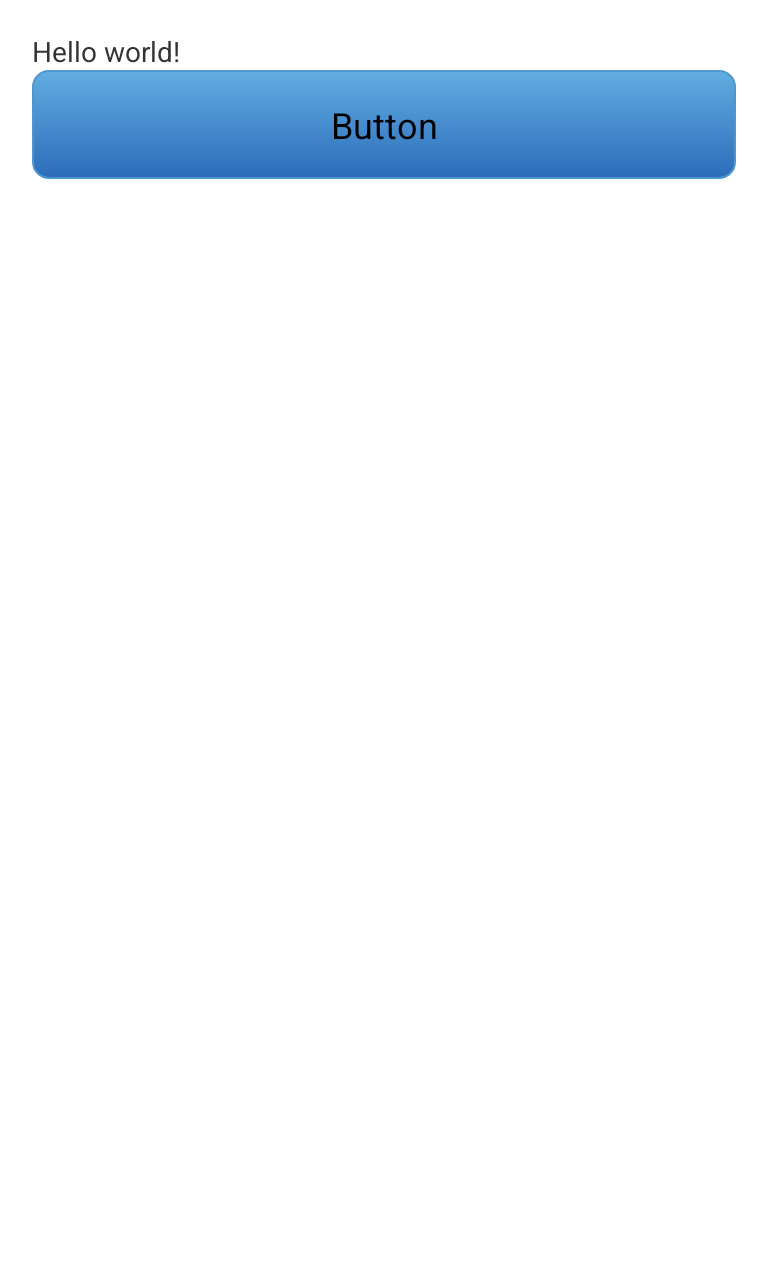
Repository: gperedo/AllAndroid
Layout: UltimateEmailIDEngine/res/layout/my_main.xml
These files come from the project's save history. The layout is drawn as it stood at one moment and after the next save; the edit follows.
It is drawn on a 768 x 1280 px phone screen (xhdpi) without system bars, with theme AppTheme; the app's code is not run.

Above is the layout before, as saved 2014-01-17 07:11:23.

### UltimateEmailIDEngine/res/layout/my_main.xml
<RelativeLayout xmlns:android="http://schemas.android.com/apk/res/android"
    xmlns:tools="http://schemas.android.com/tools"
    android:layout_width="match_parent"
    android:layout_height="match_parent"
    android:paddingBottom="@dimen/activity_vertical_margin"
    android:paddingLeft="@dimen/activity_horizontal_margin"
    android:paddingRight="@dimen/activity_horizontal_margin"
    android:paddingTop="@dimen/activity_vertical_margin"
    tools:context=".MyMain" >

    <TextView
        android:id="@+id/textView1"
        android:layout_width="wrap_content"
        android:layout_height="wrap_content"
        android:text="@string/hello_world" />

    <Button
        android:id="@+id/pass_btn"
        android:layout_width="wrap_content"
        android:layout_height="wrap_content"
        android:layout_alignLeft="@+id/textView1"
        android:layout_alignParentRight="true"
        android:layout_below="@+id/textView1"
        android:background="@drawable/custom_button_selector"
        android:text="Button" />

</RelativeLayout>

### UltimateEmailIDEngine/res/values/strings.xml
<?xml version="1.0" encoding="utf-8"?>
<resources>

    <string name="app_name">Ultimate Email ID Engine</string>
    <string name="action_settings">Settings</string>
    <string name="hello_world">Hello world!</string>

</resources>

### UltimateEmailIDEngine/res/drawable/custom_button_selector.xml
<?xml version="1.0" encoding="utf-8"?>
<selector xmlns:android="http://schemas.android.com/apk/res/android">
<item
    android:state_enabled="false"
    android:drawable="@drawable/custom_button_selected" />
<item
    android:state_pressed="true"
    android:state_enabled="true"
    android:drawable="@drawable/custom_button_selected" />
<item
    android:state_focused="true"
    android:state_enabled="true"
    android:drawable="@drawable/custom_button_selected" />
<item
    android:state_enabled="true"
    android:drawable="@drawable/custom_button_normal" />
</selector>

### UltimateEmailIDEngine/res/drawable/custom_button_selected.xml
<?xml version="1.0" encoding="utf-8"?>
<shape xmlns:android="http://schemas.android.com/apk/res/android"
    android:shape="rectangle">
    <padding
        android:left="7dp"
        android:top="15dp"
        android:right="7dp"
        android:bottom="15dp" />
    <gradient
        android:startColor="#10429c"
        android:endColor="#3c7fc6"
        android:type="linear"
        android:angle="90"/>
    <stroke
        android:width="1dip"
        android:color="#4e97ce" />
    <corners android:radius="8dp" />
</shape>

### UltimateEmailIDEngine/res/drawable/custom_button_normal.xml
<?xml version="1.0" encoding="utf-8"?>
<shape xmlns:android="http://schemas.android.com/apk/res/android"
    android:shape="rectangle">
    <padding
        android:left="7dp"
        android:top="15dp"
        android:right="7dp"
        android:bottom="15dp" />
    <gradient
        android:startColor="#2c6cba"
        android:endColor="#61ade2"
        android:type="linear"
        android:angle="90"/>
    <stroke
        android:width="1dip"
        android:color="#4e97ce" />
    <corners android:radius="8dp" />
</shape>

Loaded but not shown: UltimateEmailIDEngine/res/values/styles.xml (common file); UltimateEmailIDEngine/res/values-v11/styles.xml (common file); UltimateEmailIDEngine/res/values-v14/styles.xml (common file); UltimateEmailIDEngine/res/values/dimens.xml (common file)

After the next save:
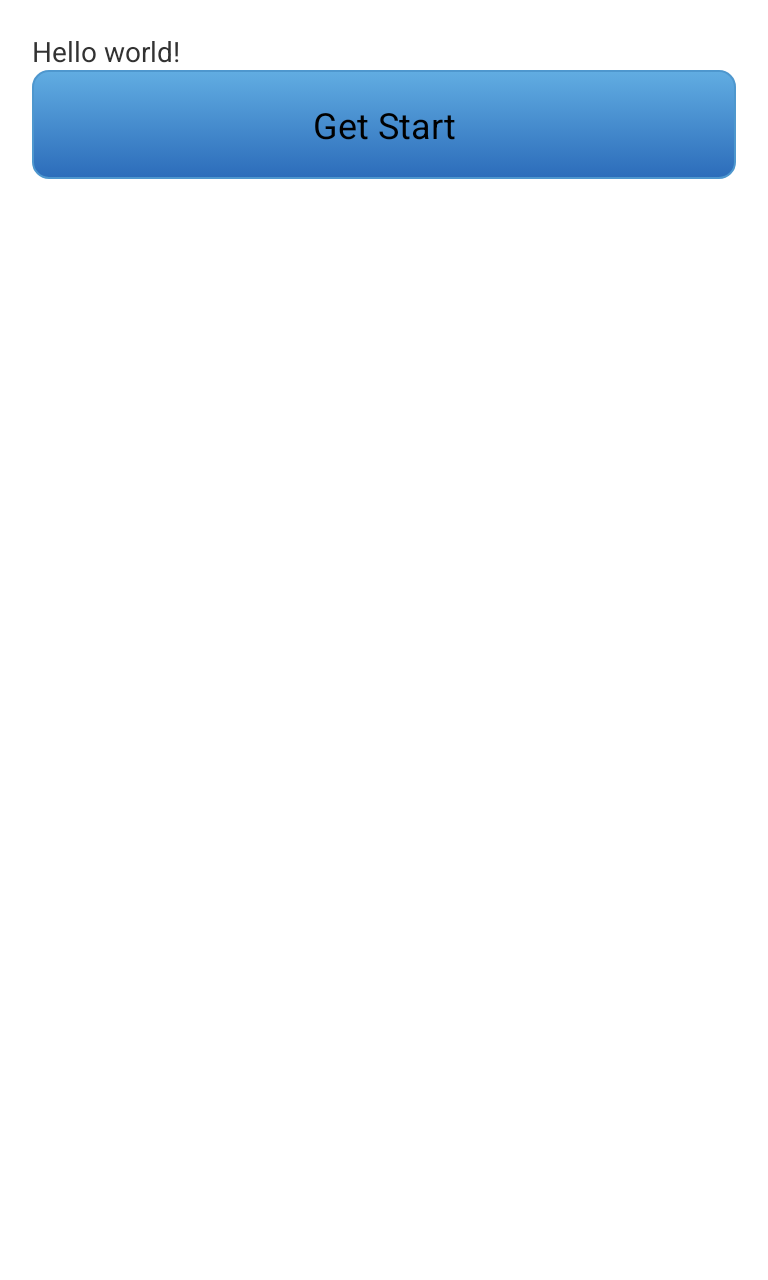
Saved 16 s later.
--- a/UltimateEmailIDEngine/res/layout/my_main.xml
+++ b/UltimateEmailIDEngine/res/layout/my_main.xml
@@ -22,6 +22,6 @@
         android:layout_alignParentRight="true"
         android:layout_below="@+id/textView1"
         android:background="@drawable/custom_button_selector"
-        android:text="Button" />
+        android:text="Get Start" />
 
 </RelativeLayout>
